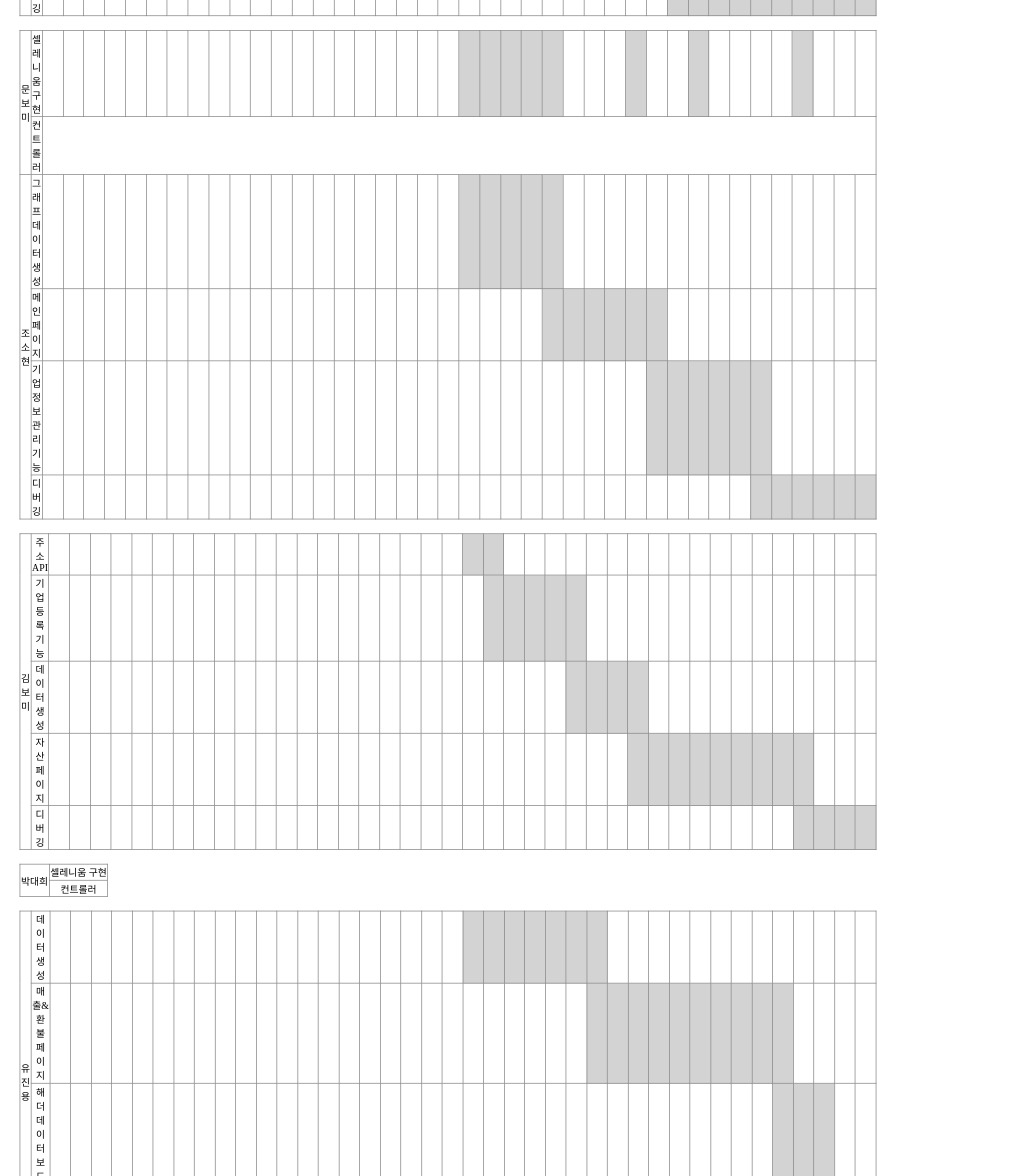
Repository: JEON-KIHO/finalProject
Page: http://localhost/ERP/WEB-INF/views/schedule.jsp
The author's editor kept a copy of each file at every save. The page is drawn from the files as they stood at one save, then again after the next save.
The browser window is 1280 px wide. The page is 1457 px wide, so the pictures cover 1457 px, including what lies to the right of the window. The pictures show the part of the page from y = 1360 to 3040 px (the page is 3170 px tall before and 3191 px after), at 70% of full size.
The page is served by Tomcat 9. Nobody is signed in. The template is opened directly, without the code that normally fills it, so the values that code supplies are empty.

Above is the page before, as saved 2020-12-24 08:22:51.

After the next save:
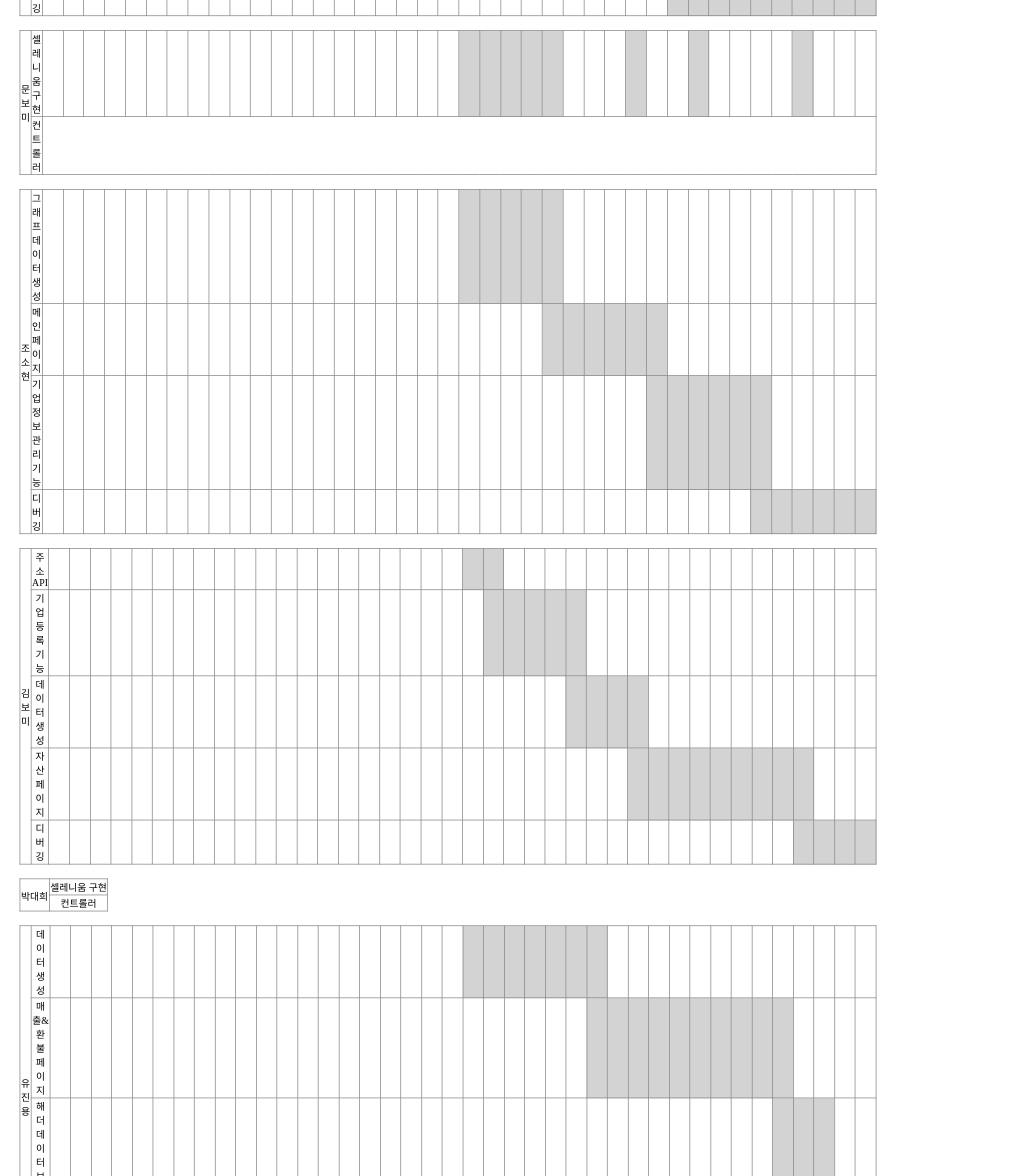
Saved 26 s later.
--- a/ERP/src/main/webapp/WEB-INF/views/schedule.jsp
+++ b/ERP/src/main/webapp/WEB-INF/views/schedule.jsp
@@ -123,6 +123,9 @@
 	<td class="white"></td><td class="black"></td><td class="white"></td><td class="white"></td><td class="white"></td></tr>
 	<tr><td>컨트롤러</td></tr>
 
+	</table>
+	<table border=1>
+
 	<tr><td rowspan=4>조소현</td><td>그래프 데이터 생성</td><td class="white"></td><td class="white"></td><td class="white"></td><td class="white"></td><td class="white"></td>
 	<td class="white"></td><td class="white"></td><td class="white"></td><td class="white"></td><td class="white"></td>
 	<td class="white"></td><td class="white"></td><td class="white"></td><td class="white"></td><td class="white"></td>
